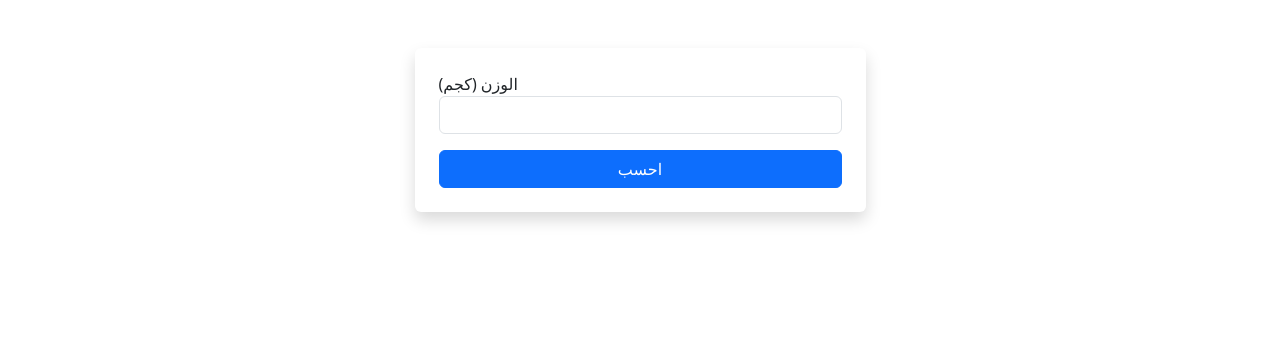
Repository: RAMADAN975/react-bmi-calculator
Page: /
These files come from the project's save history. The page is drawn as it stood at one moment and after the next save; the edit follows.
The browser window is 1280 px wide. The pictures show the whole page.
The project was rebuilt for these pictures with package versions that can differ from the ones it lists, and the page was loaded fresh each time. Also part of the build but not shown: vite.config.js, src/App.css.

Above is the page before, as saved 2026-03-25 19:19:06.

### index.html
<!doctype html>
<html lang="en">
  <head>
    <meta charset="UTF-8" />
    <link rel="icon" type="image/svg+xml" href="/favicon.svg" />
    <meta name="viewport" content="width=device-width, initial-scale=1.0" />
    <title>bmi-master</title>
  </head>
  <body>
    <div id="root"></div>
    <script type="module" src="/src/main.jsx"></script>
  </body>
</html>

### src/App.jsx
import { useState } from 'react';
import './App.css';
const App = () => {

  const [weight, setWeight] = useState("")
  const [height, setHeight] = useState("")
  const [bmi, setBmi] = useState(null)
  const [message, setMessage] = useState("")

  const calculateBmi = () => {
    e.preventDefault()

    if (weight > 0 && height > 0) {
      const hMeters = height / 100
      const bmiVal = (weight / (hMeters * hMeters).toFixed(1))

      setBmi(bmiVal)

      if (bmiVal < 18.5) setMessage('لديك نقص في الوزن')
      else if (bmiVal >= 18.5 && bmiVal < 24.5) setMessage('وزنك مثالي')
      else setMessage('لديك زيادة في الوزن')
    }
  }

  return (
    <div className='container py-5'>
      <div className='row justify-content-center'>
        <div className="col-md-5">
          <div className="card shadow border-0 p-4">
            <form onSubmit={calculateBmi}>
              <div className="mb-3">
                <label className='form-lable'>الوزن (كجم)</label>
                <input
                  type="text"
                  className='form-control'
                  value={weight}
                  onChange={(e) => setWeight(e.target.value)}
                />
              </div>
              <button className="btn btn-primary w-100" type='submit'>
                احسب
              </button>
            </form>
            {bmi && (
              <div className="mt-4 text-center">
                <h3>{bmi}</h3>
                <p>{message}</p>
              </div>
            )}
          </div>
        </div>
      </div>
    </div>
  )
}

export default App

Loaded but not shown: src/main.jsx (common file)

After the next save:
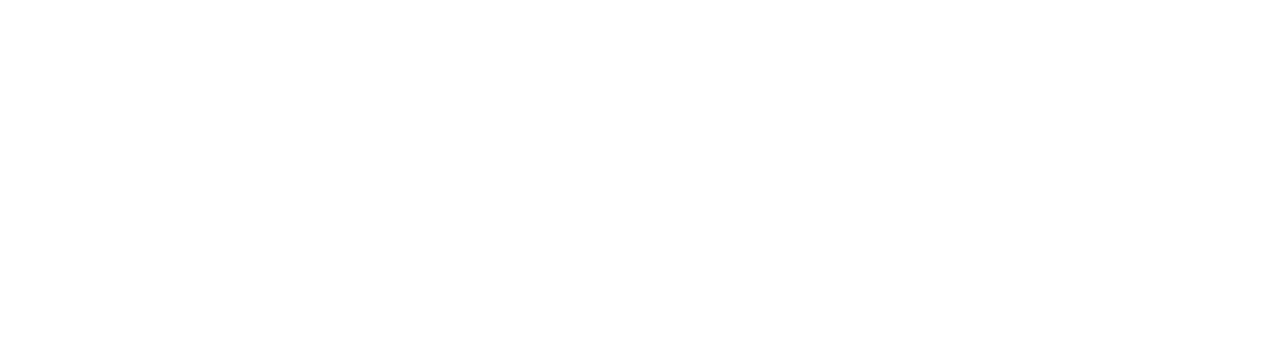
Console error: ReferenceError: heightight is not defined
Saved 86 s later.
--- a/src/App.jsx
+++ b/src/App.jsx
@@ -37,6 +37,15 @@
                   onChange={(e) => setWeight(e.target.value)}
                 />
               </div>
+              <div className="mb-3">
+                <label className='form-lable'></label>
+                <input
+                  type="number"
+                  className='form-control'
+                  value={heightight}
+                  onChange={(e) => setHeight(e.target.value)}
+                />
+              </div>
               <button className="btn btn-primary w-100" type='submit'>
                 احسب
               </button>

After the save that followed:
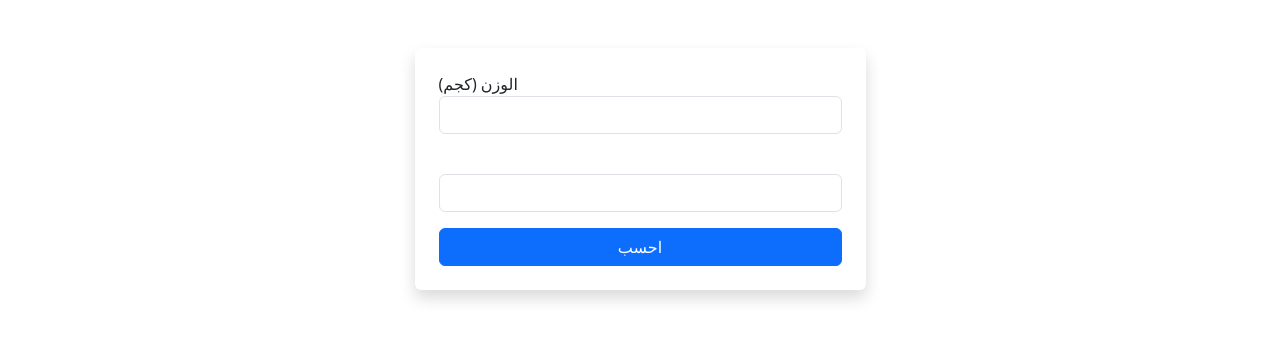
The error is gone.
Saved 7 s later.
--- a/src/App.jsx
+++ b/src/App.jsx
@@ -42,7 +42,7 @@
                 <input
                   type="number"
                   className='form-control'
-                  value={heightight}
+                  value={height}
                   onChange={(e) => setHeight(e.target.value)}
                 />
               </div>
